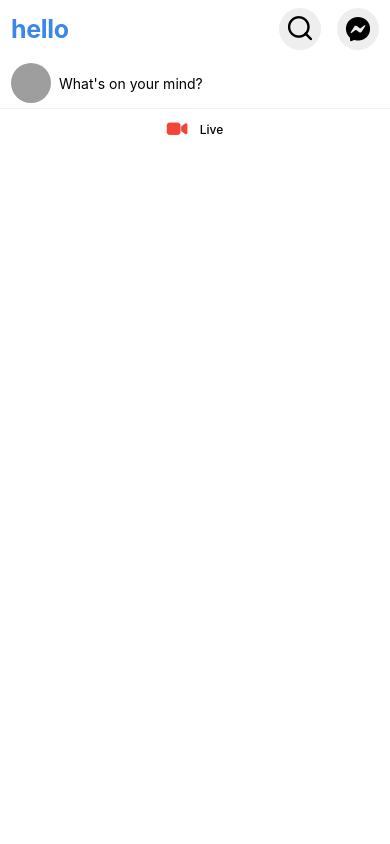
Repository: arafat877/React-Native-Facebook-Clone
Screen: /
An editor plug-in stored every save of this project. The screen is shown before and after the next save, followed by the edit.
Pictures or frames that could not be fetched are drawn as grey boxes. The app was drawn by React Native's web renderer in a window 390 px wide. The project was rebuilt for these pictures with package versions that can differ from the ones it lists, and the page was loaded fresh each time.

Above is the screen before, as saved 2020-10-03 21:24:57.

After the next save:
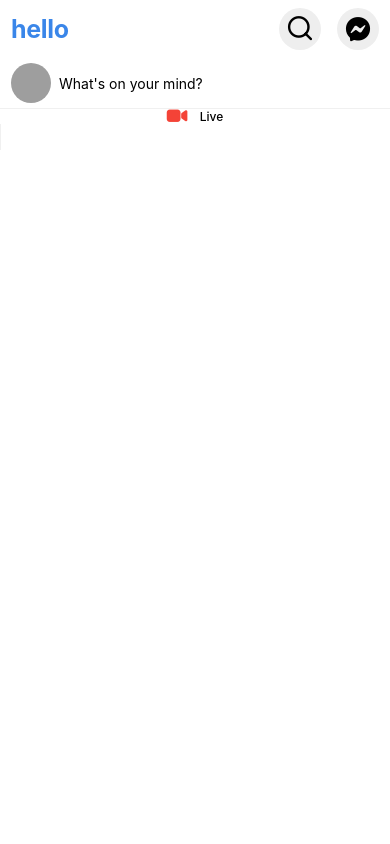
Saved 18 s later.
--- a/components/ToolBar.js
+++ b/components/ToolBar.js
@@ -60,6 +60,7 @@
         <Ionicons name="ios-videocam" size={22} color="#F44337" />
         <MenuText>Live</MenuText>
       </Menu>
+      <Seperator />
     </Container>
   );
 };
